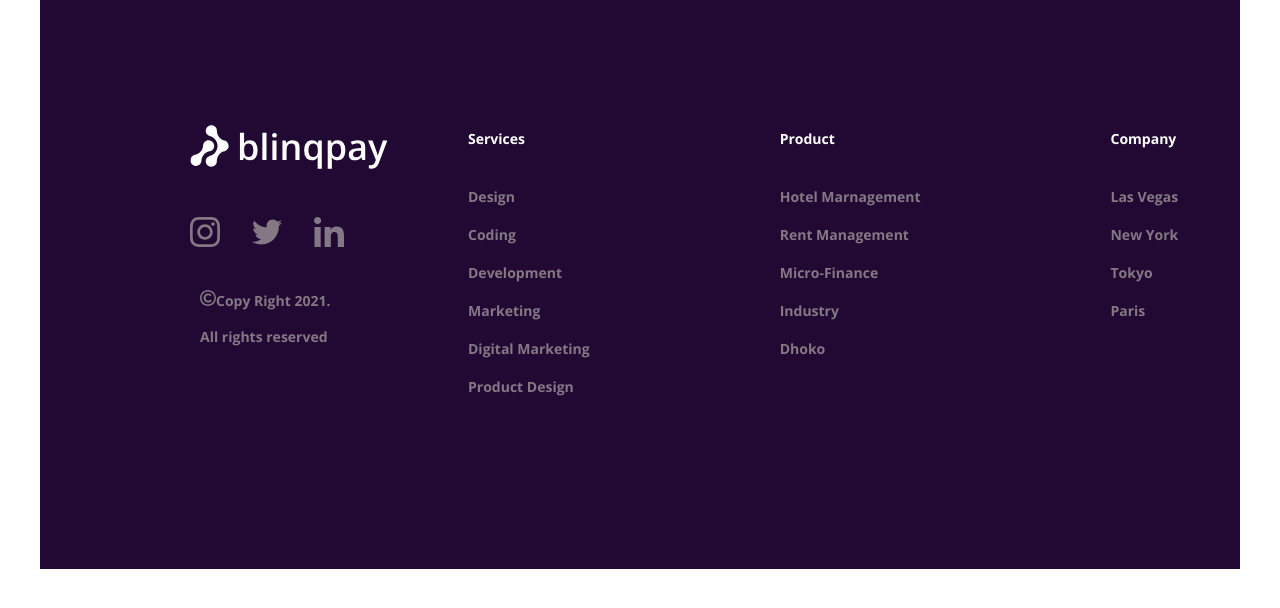
Repository: jabbarbergenoov/mobile-bling-py
Page: idnex.html
These files come from the project's save history. The page is drawn as it stood at one moment and after the next save; the edit follows.
The browser window is 1280 px wide. The pictures show the whole page.

Above is the page before, as saved 2025-04-17 19:10:13.

After the next save:
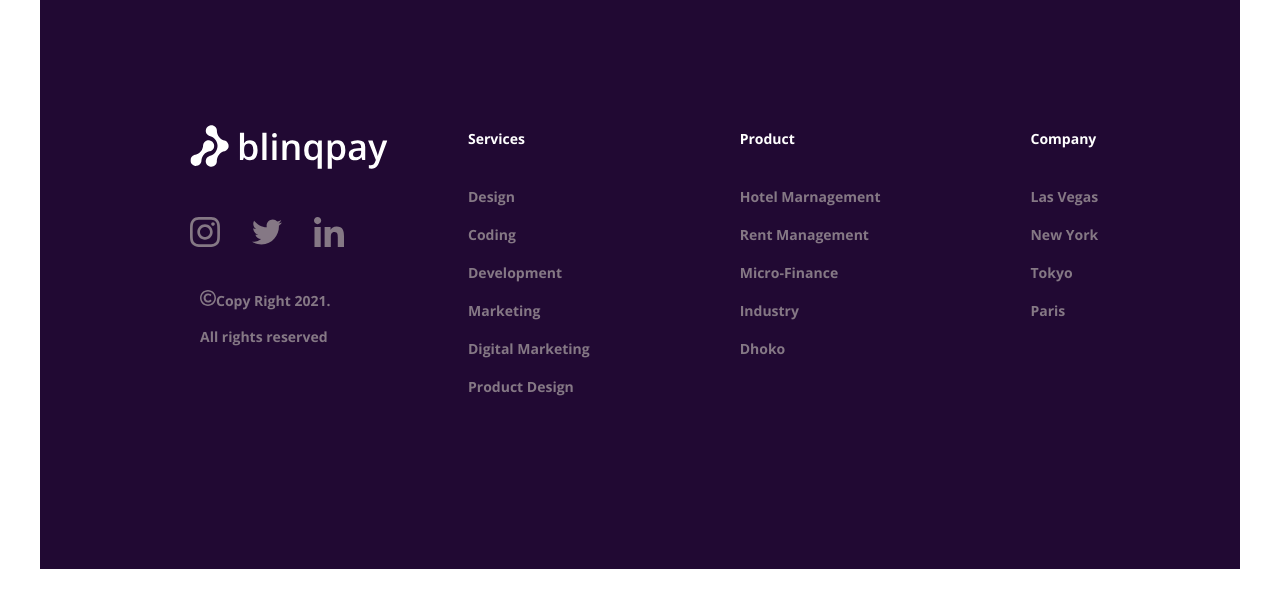
Saved 16 s later.
--- a/style/styl.css
+++ b/style/styl.css
@@ -66,6 +66,6 @@
   }
   .boxes{
     display: flex;
-    gap: 190px;
+    gap: 150px;
 
   }
